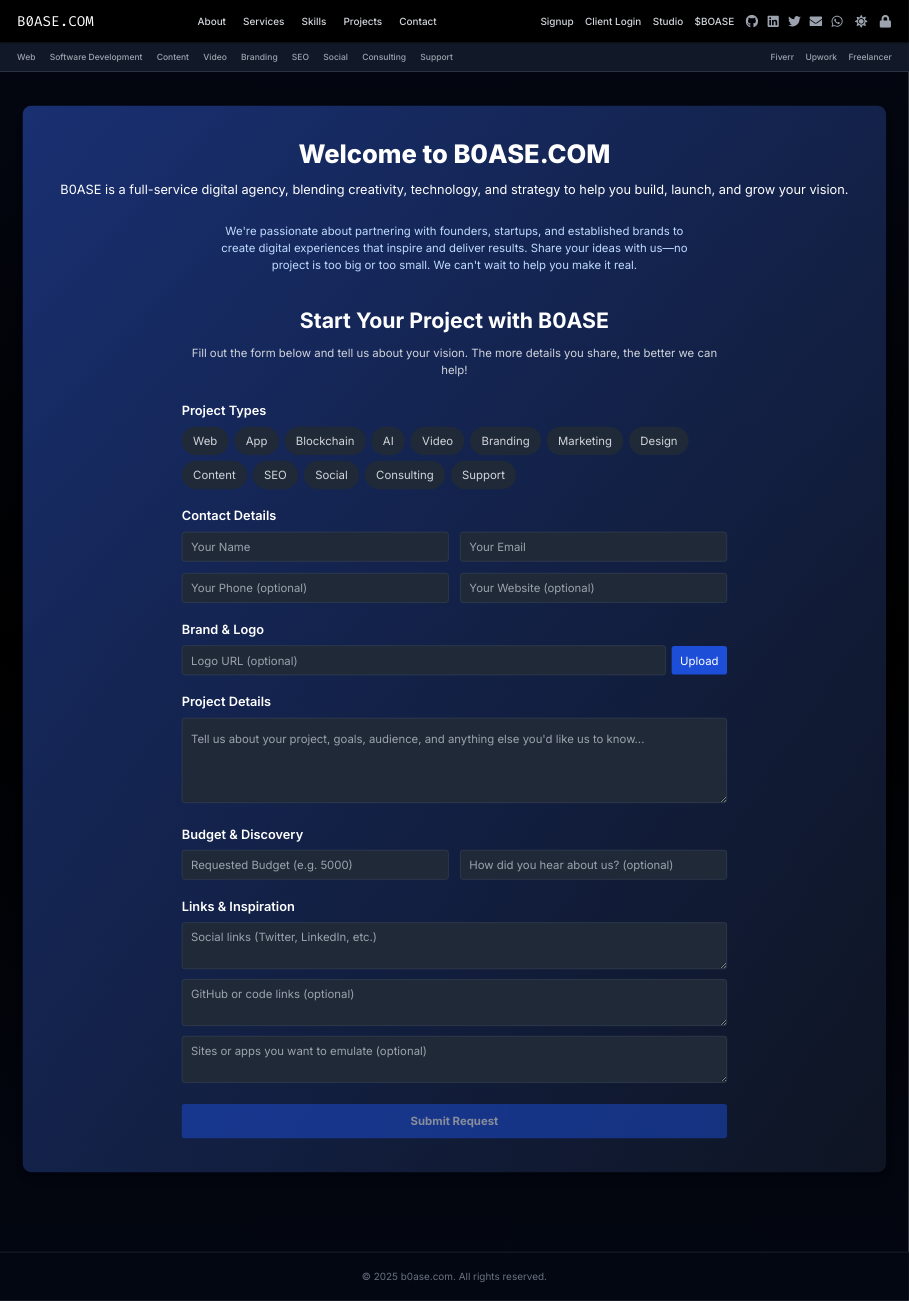
Repository: b0ase/rafskitchen
Page: /signup
An editor plug-in stored every save of this project. The page is shown before and after the next save, followed by the edit.
The browser window is 1280 px wide. The pictures show the whole page, at 71% of full size.
The page's requests for data from a server got no answer. The project was rebuilt for these pictures with package versions that can differ from the ones it lists, and the page was loaded fresh each time. The framework's server and built-in components were replaced by stand-ins that run in the browser. No one was signed in, and anything a server would have sent is missing. Also part of the build but not shown: next.config.js.

Above is the page before, as saved 2025-05-04 11:11:13.

### app/layout.tsx
import type { Metadata } from "next";
// Import both Inter and Fira_Code
import { Inter, Fira_Code } from "next/font/google";
import "./globals.css";
import Header from "./components/Header";
import Footer from "./components/Footer";
// Import new nav components
import ServicesNavigation from "./components/ServicesNavigation";
// Import ThemeProvider
import { ThemeProvider } from "./context/ThemeContext";

// Configure Inter (for default body text)
const inter = Inter({
  subsets: ["latin"],
  display: 'swap',
  variable: '--font-inter', // Variable for Inter
});

// Configure Fira_Code (for specific elements)
const fira_code = Fira_Code({
  subsets: ["latin"],
  display: 'swap',
  variable: '--font-fira-code', // Variable for Fira Code
});

export const metadata: Metadata = {
  title: "B0ASE.COM | Digital Agency",
  description: "B0ASE.COM - Digital Agency specializing in Web Development, Blockchain, Content, Video, and Social Media.",
  openGraph: {
    title: "B0ASE.COM | Digital Agency",
    description: "B0ASE.COM - Digital Agency specializing in Web Development, Blockchain, Content, Video, and Social Media.",
    images: [
      {
        url: "/BoaseLogo.jpg",
        width: 1200,
        height: 630,
        alt: "B0ASE Logo",
      },
    ],
    type: "website",
    siteName: "B0ASE.COM",
  },
  twitter: {
    card: "summary_large_image",
    title: "B0ASE.COM | Digital Agency",
    description: "B0ASE.COM - Digital Agency specializing in Web Development, Blockchain, Content, Video, and Social Media.",
    images: ["/BoaseLogo.jpg"],
  },
};

export default function RootLayout({
  children,
}: {
  children: React.ReactNode;
}) {
  return (
    <html lang="en" suppressHydrationWarning className={`${inter.variable} ${fira_code.variable}`}>
      <head>
        <script
          dangerouslySetInnerHTML={{
            __html: `
              (function() {
                function getInitialTheme() {
                  try {
                    const storedTheme = window.localStorage.getItem('theme');
                    if (storedTheme) return storedTheme;
                    return window.matchMedia('(prefers-color-scheme: dark)').matches ? 'dark' : 'light';
                  } catch (e) {
                    // If localStorage is unavailable (e.g., cookies disabled or SSR)
                    return 'light'; // Default to light theme
                  }
                }
                const theme = getInitialTheme();
                if (theme === 'dark') {
                  document.documentElement.classList.add('dark');
                }
              })();
            `,
          }}
        />
        {/* Other head elements like meta tags will be injected by Next.js here */}
      </head>
      {/* Apply default font (Inter) via font-sans class */}
      <body className={`font-sans`}>
        <ThemeProvider>
          {/* Header and Footer MUST be outside ThemeProvider or siblings to {children} to wrap content */}
          <Header />
          <ServicesNavigation />
          <div className="flex flex-col min-h-screen"> {/* Optional wrapper for main content flex */}
            <main className="flex-grow">
              {children}
            </main>
          </div>
          <Footer />
        </ThemeProvider>
      </body>
    </html>
  );
}

### app/signup/page.tsx
import ClientSignupForm from "../components/ClientSignupForm";

export default function SignupPage() {
  return (
    <div className="w-full max-w-none mx-auto my-12 px-2 md:px-8">
      <section className="w-full bg-gradient-to-br from-blue-900/80 to-gray-900/80 rounded-xl shadow-lg p-4 md:p-12 text-white">
        <div className="text-center mb-12">
          <h1 className="text-4xl font-extrabold mb-4">Welcome to B0ASE.COM</h1>
          <p className="text-lg mb-8">B0ASE is a full-service digital agency, blending creativity, technology, and strategy to help you build, launch, and grow your vision.</p>
          <p className="text-md text-blue-200 max-w-2xl mx-auto">We're passionate about partnering with founders, startups, and established brands to create digital experiences that inspire and deliver results. Share your ideas with us—no project is too big or too small. We can't wait to help you make it real.</p>
        </div>

        <div className="max-w-3xl mx-auto">
          <h2 className="text-3xl font-bold mb-4 text-center">Start Your Project with B0ASE</h2>
          <p className="text-gray-300 text-center mb-8">
            Fill out the form below and tell us about your vision. The more details you share, the better we can help!
          </p>
          <ClientSignupForm />
        </div>
      </section>
    </div>
  );
}

### app/globals.css
@tailwind base;
@tailwind components;
@tailwind utilities;

body {
  /* Base light theme styles */
  @apply bg-white text-gray-900;
}

/* Define dark mode styles using the 'dark' class applied by ThemeContext */
html.dark body {
   @apply bg-gradient-to-b from-gray-950 via-black to-gray-950 text-gray-300;
}

@layer utilities {
  .text-balance {
    text-wrap: balance;
  }
}

@keyframes pulse-slow {
  0%, 100% { opacity: 1; }
  50% { opacity: 0.4; }
}
.animate-pulse-slow {
  animation: pulse-slow 2.5s cubic-bezier(0.4, 0, 0.6, 1) infinite;
}

### app/components/Header.tsx
'use client';

import Link from 'next/link';
import { useState, useEffect } from 'react';
import { FaGithub, FaLinkedin, FaEnvelope, FaWhatsapp, FaTwitter, FaBars, FaTimes, FaLock } from 'react-icons/fa';
import ThemeToggle from './ThemeToggle';
import { portfolioData } from '@/lib/data';

export default function Header() {
  const [isMobileMenuOpen, setIsMobileMenuOpen] = useState(false);
  const [backendConnected, setBackendConnected] = useState(false);

  // Check backend connection on mount
  useEffect(() => {
    async function checkConnection() {
      try {
        const res = await fetch('/api/clients', { method: 'GET' });
        setBackendConnected(res.ok);
      } catch {
        setBackendConnected(false);
      }
    }
    checkConnection();
  }, []);

  const sectionLinks = [
    { name: 'About', href: '#about' },
    { name: 'Services', href: '#services' },
    { name: 'Skills', href: '#skills' },
    { name: 'Projects', href: '#projects' }, // Combined Projects/Development
    { name: 'Contact', href: '#contact' },
  ];

  const utilityLinks = [
    { name: 'Signup', href: '/signup' },
    { name: 'Client Login', href: '/login' },
    { name: 'Studio', href: '/studio' },
    { name: '$BOASE', href: '/token' },
  ];

  const socialLinks = [
    { Icon: FaGithub, href: 'https://github.com/richardboase' },
    { Icon: FaLinkedin, href: 'https://linkedin.com/in/richardboase' },
    { Icon: FaTwitter, href: 'https://x.com/richardboase' },
    // { Icon: FaYoutube, href: 'https://youtube.com' }, // Example
    { Icon: FaEnvelope, href: 'mailto:richard@b0ase.com' },
    { Icon: FaWhatsapp, href: 'https://wa.me/yourphonenumber' }, // Replace with actual number
  ];

  const toggleMobileMenu = () => {
    setIsMobileMenuOpen(!isMobileMenuOpen);
  };

  // Close menu when a link is clicked (optional, good UX)
  const handleMobileLinkClick = () => {
    setIsMobileMenuOpen(false);
  };

  return (
    <header className="sticky top-0 z-40 w-full bg-white dark:bg-black border-b border-gray-200 dark:border-gray-800 text-black dark:text-white py-4 shadow-sm px-6">
      <div className="flex items-center justify-between">
        {/* Logo - Ensure white/light text in dark mode */}
        <Link
          href="/"
          className="text-xl text-white hover:text-gray-300 transition-colors font-mono flex items-center gap-2"
          onClick={handleMobileLinkClick}
        >
          B0ASE.COM
        </Link>

        {/* Desktop Navigation Links */}
        <nav className="hidden md:flex items-center space-x-6">
          {sectionLinks.map((link) => (
            <Link key={link.name} href={link.href} className="text-sm font-medium text-gray-300 hover:text-white transition-colors">
              {link.name}
            </Link>
          ))}
        </nav>

        {/* Right side container */}
        <div className="flex items-center space-x-4">
          {/* Desktop Utility Links */}
          <div className="hidden md:flex items-center space-x-4">
            {utilityLinks.map((link) => (
              <span key={link.name} className="flex items-center gap-1">
                <Link href={link.href} className="text-sm font-medium text-gray-300 hover:text-white transition-colors">
                  {link.name}
                </Link>
                {/* Show green dot only next to 'New Clients' if connected */}
                {link.name === 'New Clients' && backendConnected && (
                  <span
                    className="ml-1 w-2.5 h-2.5 rounded-full bg-green-500 animate-pulse-slow border border-green-700"
                    title="Backend connected"
                    aria-label="Backend connected"
                  />
                )}
              </span>
            ))}
          </div>

          {/* Social Icons and Theme Toggle Container */}
          <div className="flex items-center space-x-3">
            {socialLinks.map((link, index) => (
              <a key={index} href={link.href} target="_blank" rel="noopener noreferrer" className="text-gray-400 hover:text-white transition-colors">
                <link.Icon size={18} />
              </a>
            ))}
            <ThemeToggle />
            {/* Admin Link (padlock icon) */}
            <Link href="/admin" aria-label="Admin Dashboard" className="text-gray-400 hover:text-blue-400 transition-colors ml-2">
              <FaLock size={18} />
            </Link>
          </div>

          {/* Mobile Menu Button */}
          <div className="md:hidden">
            <button onClick={toggleMobileMenu} aria-label="Toggle menu" className="text-gray-300 hover:text-white focus:outline-none">
              {isMobileMenuOpen ? <FaTimes size={20} /> : <FaBars size={20} />}
            </button>
          </div>
        </div>
      </div>

      {/* Mobile Menu Dropdown - Apply dark class explicitly? Maybe not needed if body handles it */}
      {isMobileMenuOpen && (
        <div className="md:hidden absolute top-full left-0 w-full bg-gray-900 dark:bg-gray-900 border-t border-gray-800 dark:border-gray-800 shadow-lg py-4 px-4">
           {/* Ensure links have dark styles */}
          <nav className="flex flex-col space-y-3 mb-4">
            {sectionLinks.map((link) => (
              <Link key={`mobile-${link.name}`} href={link.href} className="block text-base font-medium text-gray-300 hover:text-white transition-colors" onClick={handleMobileLinkClick}>
                {link.name}
              </Link>
            ))}
            {/* Admin Link (padlock icon) in mobile menu */}
            <Link href="/admin" aria-label="Admin Dashboard" className="block text-base font-medium text-gray-300 hover:text-blue-400 transition-colors mt-2" onClick={handleMobileLinkClick}>
              <span className="inline-flex items-center gap-2"><FaLock size={16} /> Admin</span>
            </Link>
          </nav>
          <div className="border-t border-gray-700 dark:border-gray-700 pt-4 flex flex-col space-y-3">
             {utilityLinks.map((link) => (
              <Link key={`mobile-${link.name}`} href={link.href} className="block text-base font-medium text-gray-300 hover:text-white transition-colors" onClick={handleMobileLinkClick}>
                {link.name}
              </Link>
            ))}
          </div>

          {/* Service Links */}
          <div className="border-t border-gray-200 dark:border-gray-700 pt-4 flex flex-col space-y-3 mb-4">
             <span className="px-1 py-1 text-xs font-semibold text-gray-500 dark:text-gray-400 uppercase">Services</span>
             {portfolioData.services.map((service) => (
                <Link key={`mobile-service-${service.slug}`} href={`/services/${service.slug}`} className="block text-base font-medium text-gray-700 dark:text-gray-300 hover:text-black dark:hover:text-white transition-colors" onClick={handleMobileLinkClick}>
                  {service.title}
                </Link>
             ))}
          </div>
        </div>
      )}
    </header>
  );
}

### app/components/Footer.tsx
'use client';

import React from 'react';

export default function Footer() {
  const currentYear = new Date().getFullYear();

  return (
    <footer className="bg-gray-950 border-t border-gray-800 mt-16 py-6">
      <div className="container mx-auto px-4 text-center text-gray-500 text-sm">
        <p>&copy; {currentYear} b0ase.com. All rights reserved.</p>
        {/* Optional: Add links to privacy policy, terms, etc. */}
      </div>
    </footer>
  );
}

### app/components/ServicesNavigation.tsx
'use client';

import React from 'react';
import Link from 'next/link';
import { portfolioData } from '@/lib/data'; // Using alias path

// Mapping from service slug to short display name
const shortServiceTitles: { [key: string]: string } = {
  "web-development": "Web",
  "content-copywriting": "Content",
  "video-production": "Video",
  "logo-branding": "Branding",
  "photography": "Photo",
  "seo-marketing": "SEO",
  "social-media-management": "Social",
  "technical-consulting": "Consulting",
  "support-maintenance": "Support",
};

export default function ServicesNavigation() {
  const services = portfolioData.services;
  // Extract platform links from portfolioData
  const { fiverr, upwork, freelancer } = portfolioData.about.socials;
  const platformLinks = [
    { name: 'Fiverr', href: fiverr, target: '_blank' },
    { name: 'Upwork', href: upwork, target: '_blank' },
    { name: 'Freelancer', href: freelancer, target: '_blank' },
  ].filter(link => link.href); // Filter out any potentially missing links

  // Estimate header height (py-4 is likely around 68px-76px)
  // const headerHeight = '72px'; // This is no longer used

  return (
    // Hidden on mobile, shown on desktop
    <nav
      className="hidden md:flex sticky top-[60px] z-30 w-full bg-gray-100 dark:bg-gray-900 border-b border-gray-300 dark:border-gray-700 shadow-sm px-6 items-center h-10" // Added items-center and h-10 here
    >
      {/* Wrapper div for justify-between */}
      <div className="flex justify-between items-center w-full">
        {/* Left side: Service links */}
        <div className="flex justify-start items-center space-x-5">
          {services.map((service) => (
            <Link
              key={service.slug}
              href={`/services/${service.slug}`}
              className="text-xs font-medium text-gray-600 dark:text-gray-400 hover:text-black dark:hover:text-white transition-colors whitespace-nowrap"
            >
              {/* Use short title from map, fallback to original title */}
              {shortServiceTitles[service.slug] || service.title}
            </Link>
          ))}
        </div>

        {/* Right side: Platform links */}
        <div className="flex items-center space-x-4">
           {platformLinks.map((link) => (
             <a
                key={link.name}
                href={link.href}
                target={link.target}
                rel="noopener noreferrer"
                className="text-xs font-medium text-gray-600 dark:text-gray-400 hover:text-black dark:hover:text-white transition-colors whitespace-nowrap"
             >
               {link.name}
             </a>
           ))}
        </div>
      </div>
    </nav>
  );
}

### app/context/ThemeContext.tsx
'use client';

import React, { createContext, useState, useEffect, useContext, ReactNode, useCallback } from 'react';

type Theme = 'light' | 'dark';

interface ThemeContextProps {
  theme: Theme;
  toggleTheme: () => void;
  isMounted: boolean; // Add flag to indicate when client-side logic has run
}

const ThemeContext = createContext<ThemeContextProps | undefined>(undefined);

interface ThemeProviderProps {
  children: ReactNode;
}

export const ThemeProvider: React.FC<ThemeProviderProps> = ({ children }) => {
  const [theme, setTheme] = useState<Theme>('dark'); // Default theme
  const [isMounted, setIsMounted] = useState(false); // Track mount status

  // Function to apply theme to the document root
  const applyTheme = useCallback((selectedTheme: Theme) => {
    const root = document.documentElement;
    root.classList.remove('light', 'dark');
    root.classList.add(selectedTheme);
  }, []);

  useEffect(() => {
    setIsMounted(true); // Indicate component has mounted
    let initialTheme: Theme = 'dark'; // Default to dark

    try {
      const storedTheme = localStorage.getItem('theme') as Theme | null;
      const prefersDark = window.matchMedia && window.matchMedia('(prefers-color-scheme: dark)').matches;
      initialTheme = storedTheme || (prefersDark ? 'dark' : 'dark'); // Prefer stored, then system, then default dark
    } catch (e) {
      console.error("Could not access localStorage or window.matchMedia", e);
      // Keep default theme if localStorage/window access fails
    }

    setTheme(initialTheme);
    applyTheme(initialTheme);

  }, [applyTheme]); // Include applyTheme dependency

  const toggleTheme = () => {
    if (!isMounted) return; // Prevent toggle before mount

    setTheme(prevTheme => {
        const newTheme = prevTheme === 'light' ? 'dark' : 'light';
        try {
            localStorage.setItem('theme', newTheme);
        } catch (e) {
            console.error("Could not save theme to localStorage", e);
        }
        applyTheme(newTheme);
        return newTheme;
    });
  };

  // Return provider, pass isMounted state
  return (
    <ThemeContext.Provider value={{ theme, toggleTheme, isMounted }}>
      {children}
    </ThemeContext.Provider>
  );
};

export const useTheme = (): ThemeContextProps => {
  const context = useContext(ThemeContext);
  if (context === undefined) {
    throw new Error('useTheme must be used within a ThemeProvider');
  }
  return context;
};

### app/components/ThemeToggle.tsx
'use client';

import React from 'react';
import { useTheme } from '../context/ThemeContext';
import { FaSun, FaMoon } from 'react-icons/fa';

export default function ThemeToggle() {
  const { theme, toggleTheme, isMounted } = useTheme();

  // Avoid rendering toggle based on initial state before mount
  if (!isMounted) {
    // Render a placeholder or null during server render/hydration
    // to avoid mismatch between server and client initial theme
    return <div className="w-6 h-6"></div>; // Placeholder with same size as button
  }

  return (
    <button
      onClick={toggleTheme}
      className="p-1 rounded-md text-gray-400 hover:text-white hover:bg-gray-700 transition-colors duration-200 focus:outline-none focus:ring-2 focus:ring-offset-2 focus:ring-offset-gray-900 focus:ring-white"
      aria-label={theme === 'light' ? 'Switch to dark mode' : 'Switch to light mode'}
    >
      {theme === 'light' ? <FaMoon size={18} /> : <FaSun size={18} />}
    </button>
  );
}

Loaded but not shown: tailwind.config.js (25 lines, source omitted); lib/data.ts (350 lines, source omitted); app/components/ClientSignupForm.tsx (162 lines, source omitted)

After the next save:
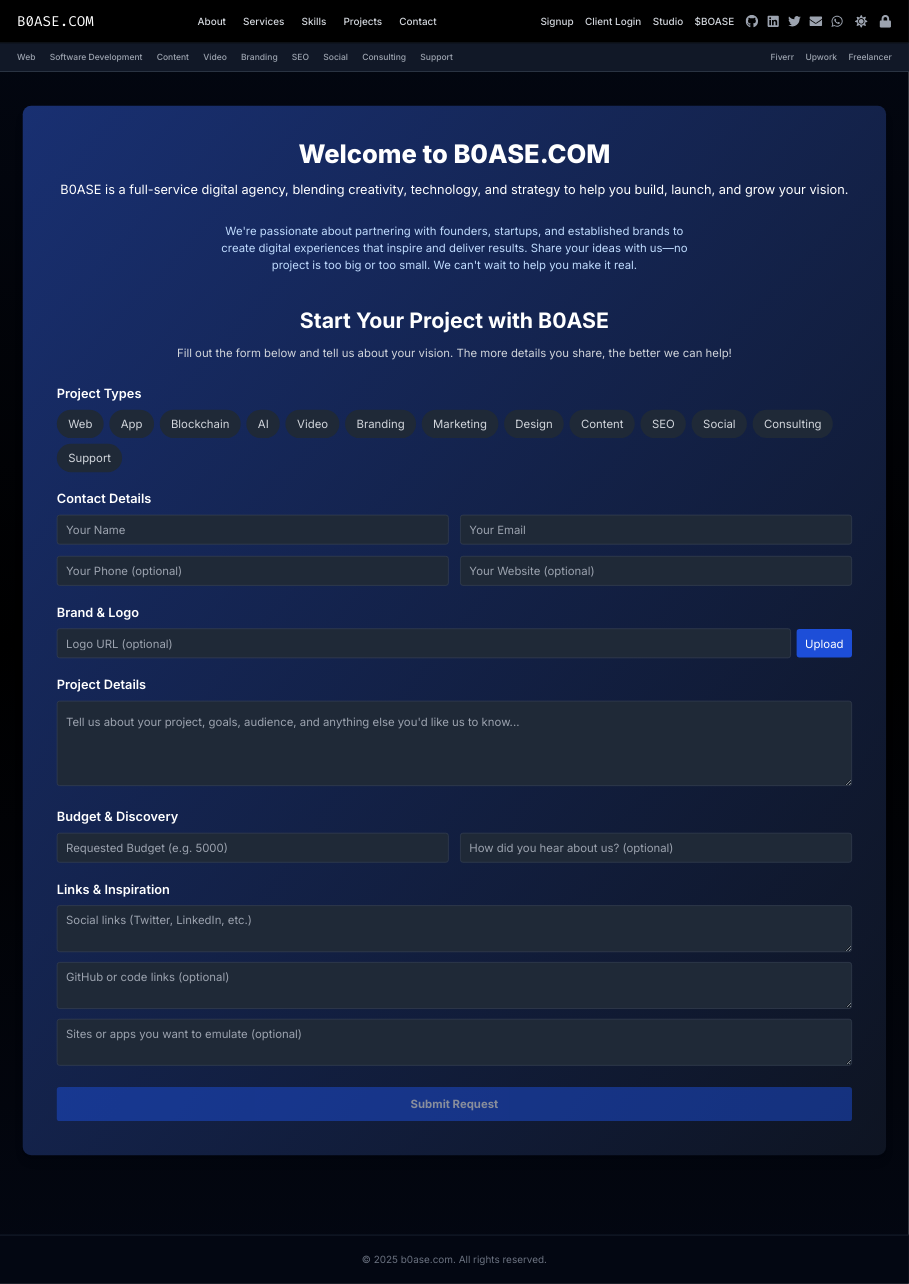
Saved 62 s later.
--- a/app/signup/page.tsx
+++ b/app/signup/page.tsx
@@ -10,7 +10,7 @@
           <p className="text-md text-blue-200 max-w-2xl mx-auto">We're passionate about partnering with founders, startups, and established brands to create digital experiences that inspire and deliver results. Share your ideas with us—no project is too big or too small. We can't wait to help you make it real.</p>
         </div>
 
-        <div className="max-w-3xl mx-auto">
+        <div className="w-full">
           <h2 className="text-3xl font-bold mb-4 text-center">Start Your Project with B0ASE</h2>
           <p className="text-gray-300 text-center mb-8">
             Fill out the form below and tell us about your vision. The more details you share, the better we can help!
